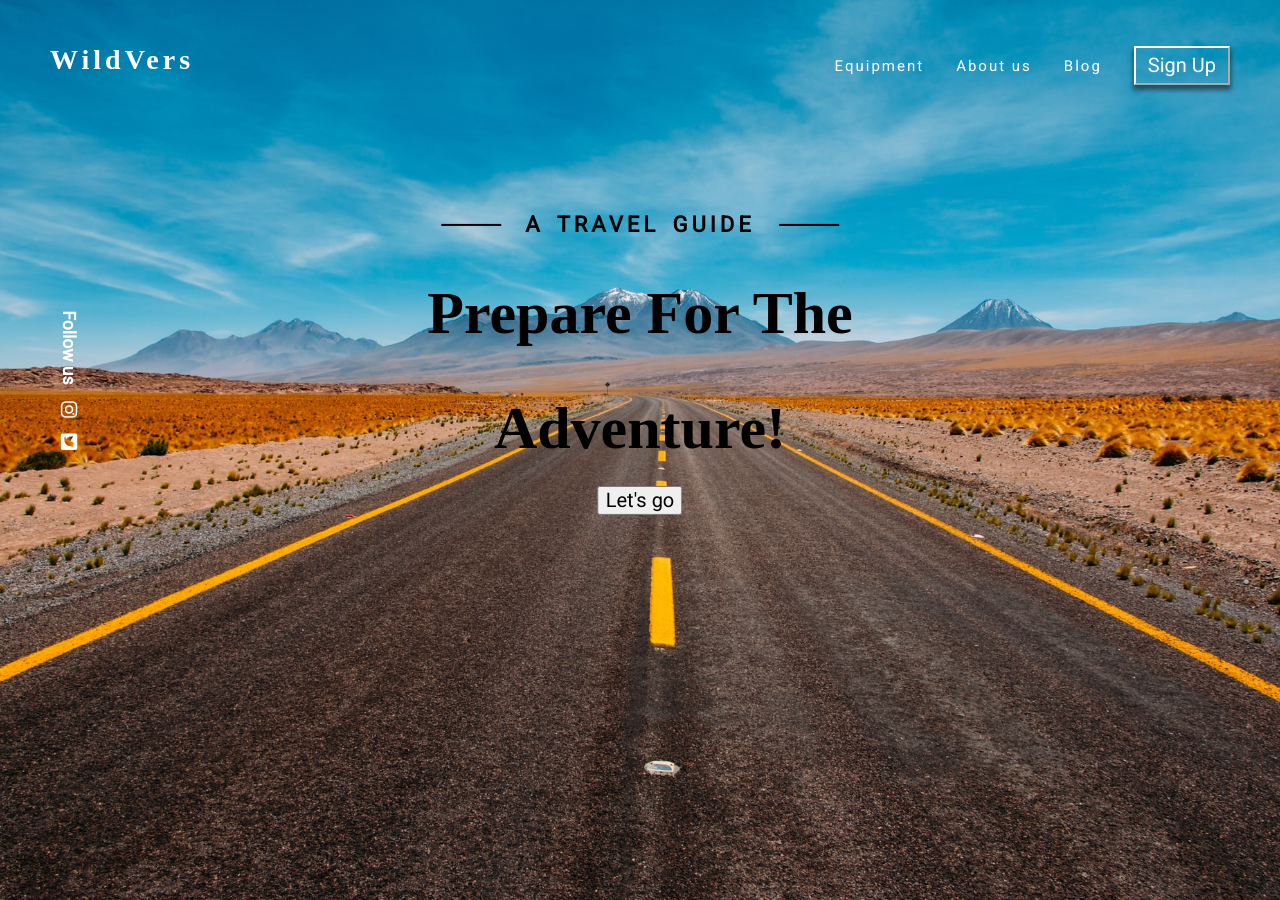
Repository: Hunga9k50doker/wildver-travel
Page: src/index.html
The author's editor kept a copy of each file at every save. The page is drawn from the files as they stood at one save, then again after a run of saves.
The browser window is 1280 px wide. The pictures show the whole page.
Some web fonts or font styles are not loaded; a fallback is used. The style sheet was rebuilt from its Sass, Less or Tailwind sources for each picture, by a compiler version that may differ from the author's.

Above is the page before, as saved 2021-08-26 00:30:06.

After the next 4 saves:
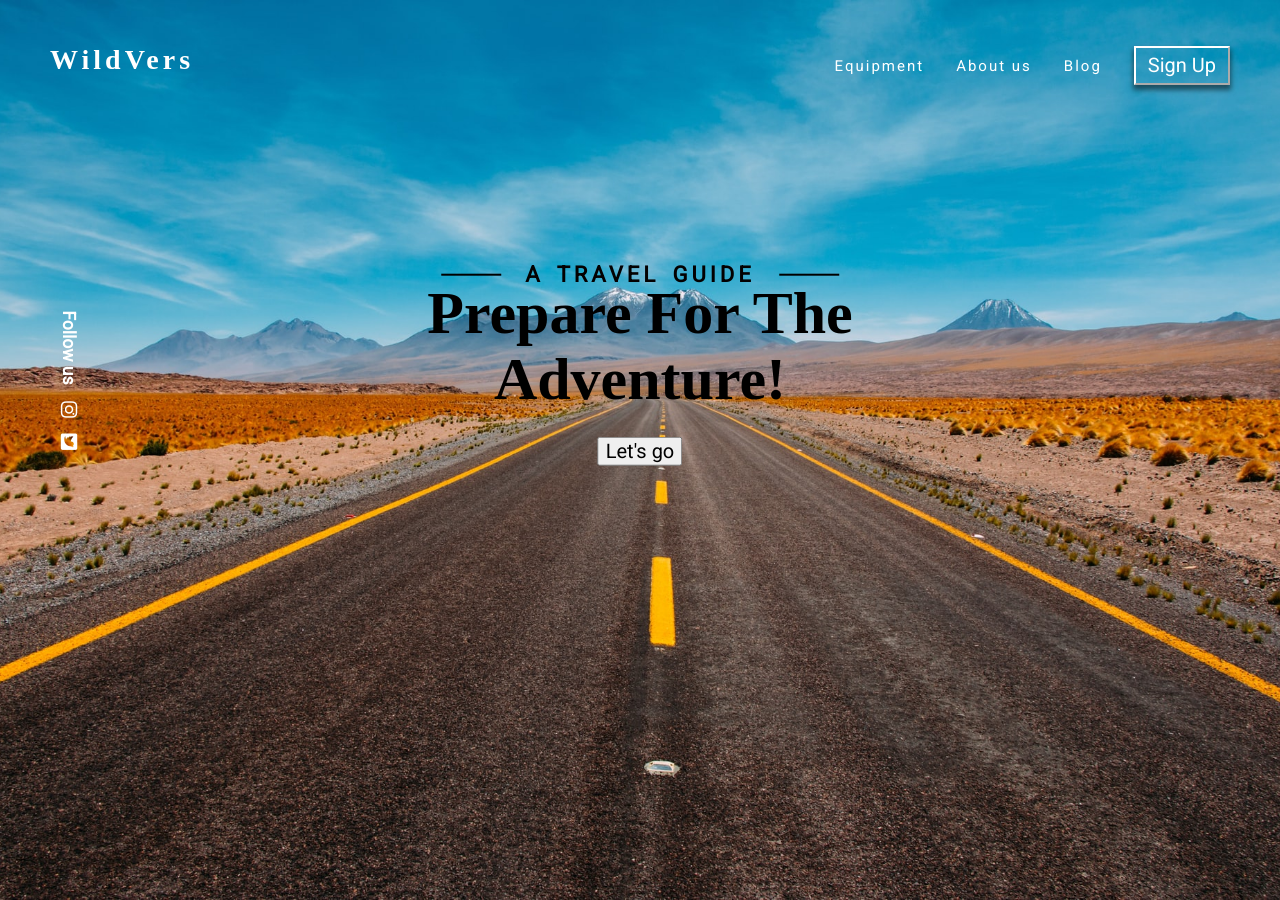
The 4 saves are shown as one change because 1 did not build or start and some came seconds apart.
The last was saved 16 s later.
--- a/src/resources/scss/header.scss
+++ b/src/resources/scss/header.scss
@@ -139,7 +139,9 @@
             }
             h2{
                 font-size:6rem;
-
+                &:nth-child(2){
+                    margin:0;
+                }
             }
         }
     }

After the save that followed:
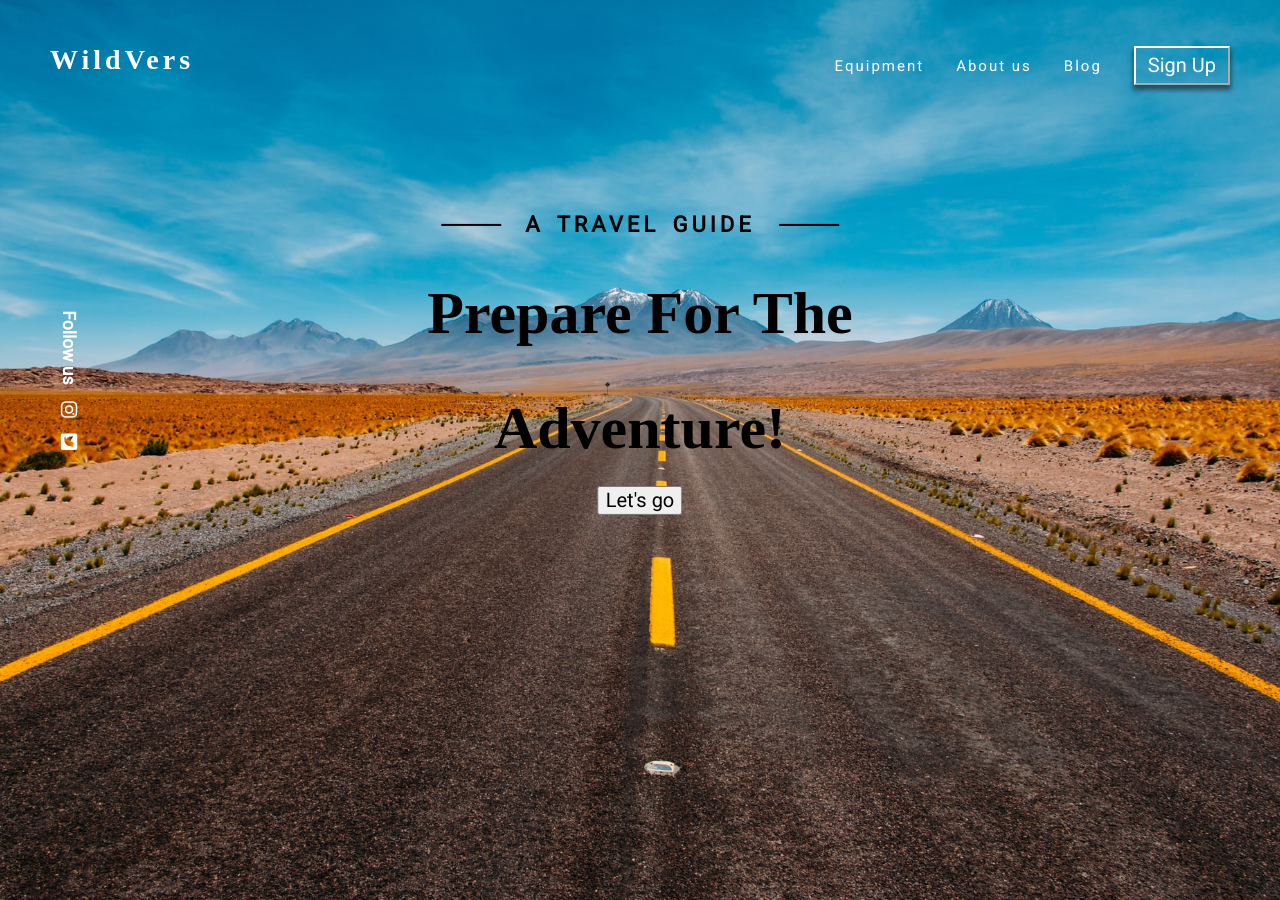
Saved 13 s later.
--- a/src/resources/scss/header.scss
+++ b/src/resources/scss/header.scss
@@ -139,7 +139,7 @@
             }
             h2{
                 font-size:6rem;
-                &:nth-child(2){
+                h2:nth-child(2){
                     margin:0;
                 }
             }
